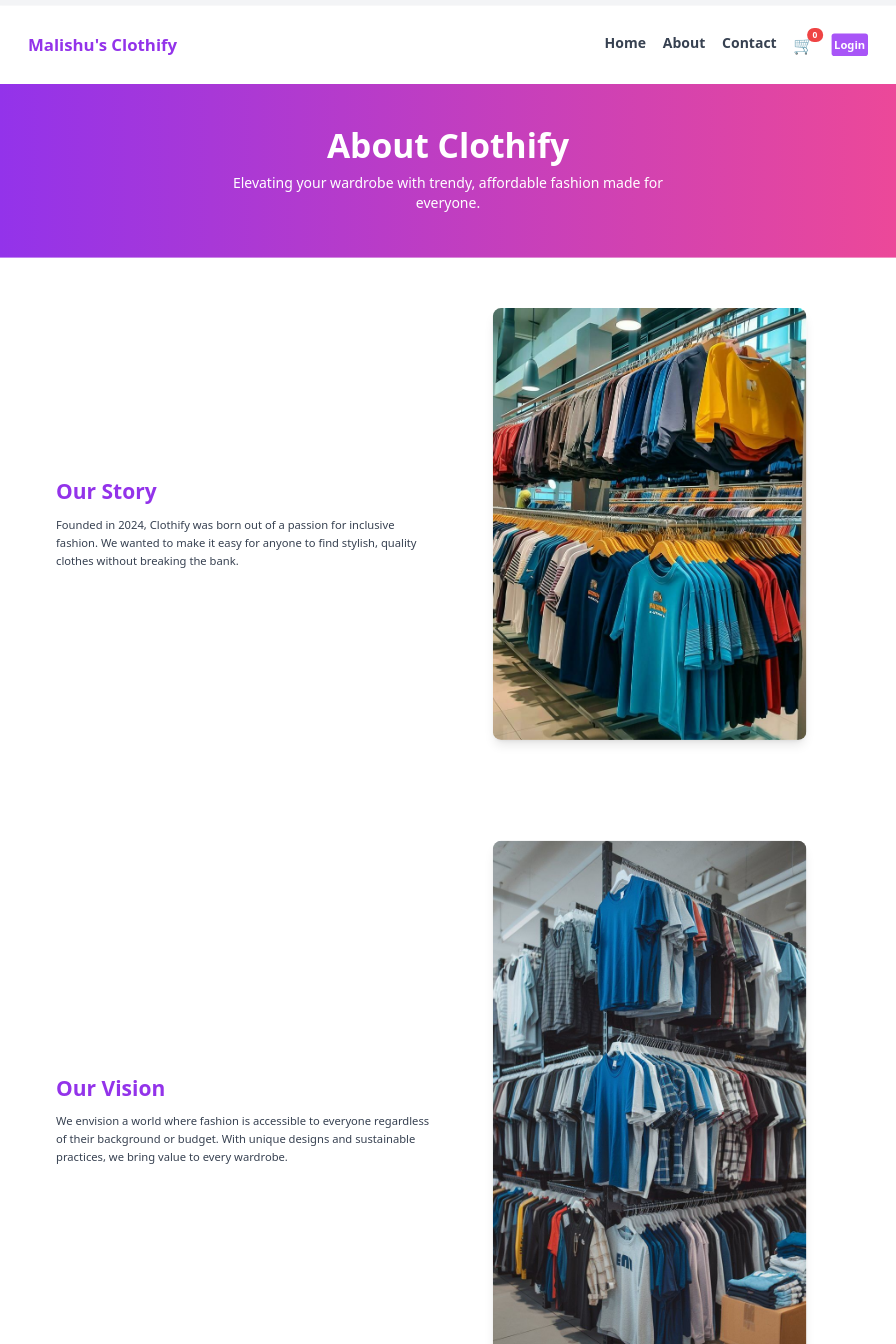
Repository: Engineer-collo/Modern-Ecommerce-Application
Page: /about
An editor plug-in stored every save of this project. The page is shown before and after a run of saves, followed by the edit.
The browser window is 1280 px wide. The pictures show the part of the page from y = 0 to 1920 px (the page is 3605 px tall before and 3819 px after), at 70% of full size.
The project was rebuilt for these pictures with package versions that can differ from the ones it lists, and the page was loaded fresh each time. Also part of the build but not shown: vite.config.js, src/components/SignupForm.jsx, src/components/LoginForm.jsx, src/components/ProductCard.jsx, src/components/OfferCountdown.jsx, src/components/ProductFeed.jsx, src/components/Contact.jsx, src/components/Cart.jsx and 1 more.

Above is the page before, as saved 2025-05-26 09:52:32.

After the next 2 saves:
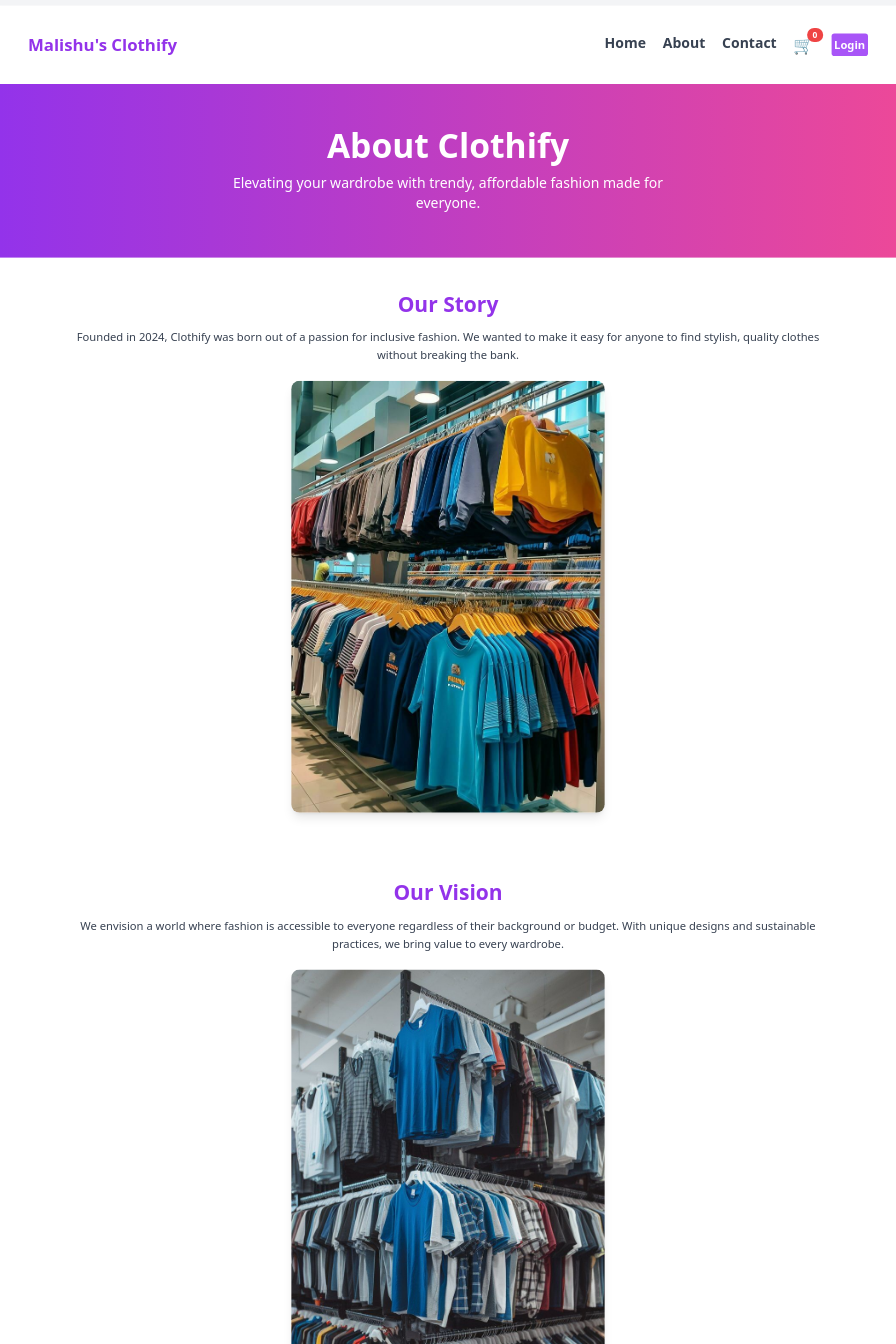
The 2 saves are shown as one change because they came seconds apart.
The last was saved 4 min 31 s later.
--- a/src/components/About.jsx
+++ b/src/components/About.jsx
@@ -13,50 +13,44 @@ const About = () => {
         </div>
 
         {/* Story & Mission - Block 1 */}
-        <div className="max-w-6xl mx-auto py-12 px-4 grid md:grid-cols-2 gap-8 items-center">
-          <div>
-            <h2 className="text-3xl font-bold mb-4 text-purple-600">Our Story</h2>
-            <p className="text-gray-700 leading-relaxed">
-              Founded in 2024, Clothify was born out of a passion for inclusive fashion. We wanted to make it easy for
-              anyone to find stylish, quality clothes without breaking the bank.
-            </p>
-          </div>
+        <div className="max-w-6xl mx-auto py-12 px-4 text-center">
+          <h2 className="text-3xl font-bold mb-4 text-purple-600">Our Story</h2>
+          <p className="text-gray-700 leading-relaxed mb-6">
+            Founded in 2024, Clothify was born out of a passion for inclusive fashion. We wanted to make it easy for
+            anyone to find stylish, quality clothes without breaking the bank.
+          </p>
           <img
             src="/cloathes1.png"
             alt="Fashion 1"
-            className="w-full max-w-md mx-auto my-6 rounded-xl shadow-lg object-cover"
+            className="w-full max-w-md mx-auto rounded-xl shadow-lg object-cover"
           />
         </div>
 
         {/* Story & Mission - Block 2 */}
-        <div className="max-w-6xl mx-auto py-12 px-4 grid md:grid-cols-2 gap-8 items-center">
-          <div>
-            <h2 className="text-3xl font-bold mb-4 text-purple-600">Our Vision</h2>
-            <p className="text-gray-700 leading-relaxed">
-              We envision a world where fashion is accessible to everyone regardless of their background or budget.
-              With unique designs and sustainable practices, we bring value to every wardrobe.
-            </p>
-          </div>
+        <div className="max-w-6xl mx-auto py-12 px-4 text-center">
+          <h2 className="text-3xl font-bold mb-4 text-purple-600">Our Vision</h2>
+          <p className="text-gray-700 leading-relaxed mb-6">
+            We envision a world where fashion is accessible to everyone regardless of their background or budget.
+            With unique designs and sustainable practices, we bring value to every wardrobe.
+          </p>
           <img
             src="/cloathes2.png"
             alt="Fashion 2"
-            className="w-full max-w-md mx-auto my-6 rounded-xl shadow-lg object-cover"
+            className="w-full max-w-md mx-auto rounded-xl shadow-lg object-cover"
           />
         </div>
 
         {/* Story & Mission - Block 3 */}
-        <div className="max-w-6xl mx-auto py-12 px-4 grid md:grid-cols-2 gap-8 items-center">
-          <div>
-            <h2 className="text-3xl font-bold mb-4 text-purple-600">Why Choose Us</h2>
-            <p className="text-gray-700 leading-relaxed">
-              Clothify combines creativity, comfort, and affordability. Our customer-first approach has made us one of
-              the fastest-growing fashion brands.
-            </p>
-          </div>
+        <div className="max-w-6xl mx-auto py-12 px-4 text-center">
+          <h2 className="text-3xl font-bold mb-4 text-purple-600">Why Choose Us</h2>
+          <p className="text-gray-700 leading-relaxed mb-6">
+            Clothify combines creativity, comfort, and affordability. Our customer-first approach has made us one of
+            the fastest-growing fashion brands.
+          </p>
           <img
             src="/cloathes3.png"
             alt="Fashion 3"
-            className="w-full max-w-md mx-auto my-6 rounded-xl shadow-lg object-cover"
+            className="w-full max-w-md mx-auto rounded-xl shadow-lg object-cover"
           />
         </div>
 
